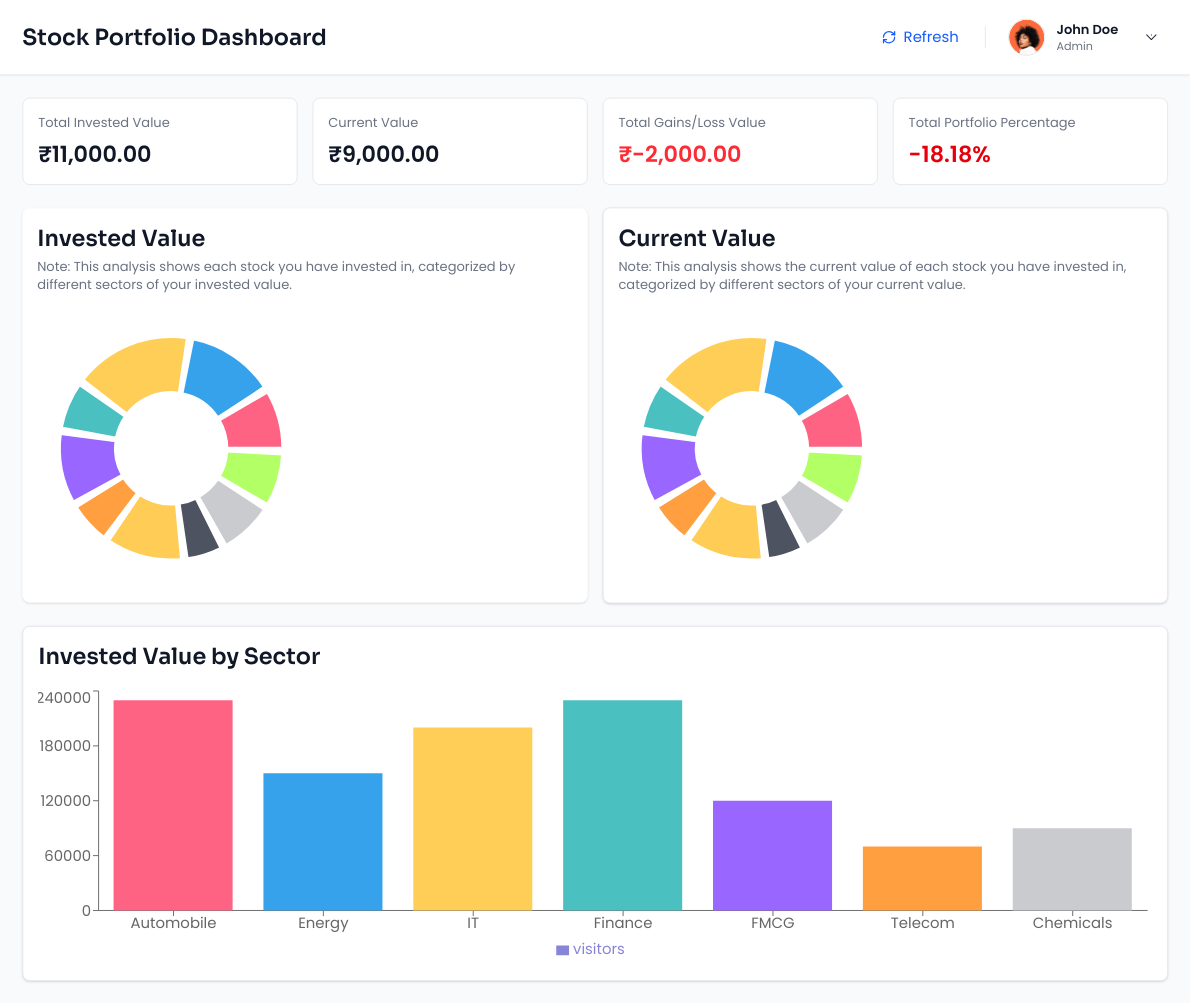
Repository: jabir12-12/inten-project
Page: /
These files come from the project's save history. The page is drawn as it stood at one moment and after the next save; the edit follows.
The browser window is 1280 px wide. The pictures show the whole page, at 93% of full size.
The project was rebuilt for these pictures with package versions that can differ from the ones it lists, and the page was loaded fresh each time. The framework's server and built-in components were replaced by stand-ins that run in the browser. Also part of the build but not shown: next.config.ts.

Above is the page before, as saved 2025-05-17 15:37:58.

After the next save:
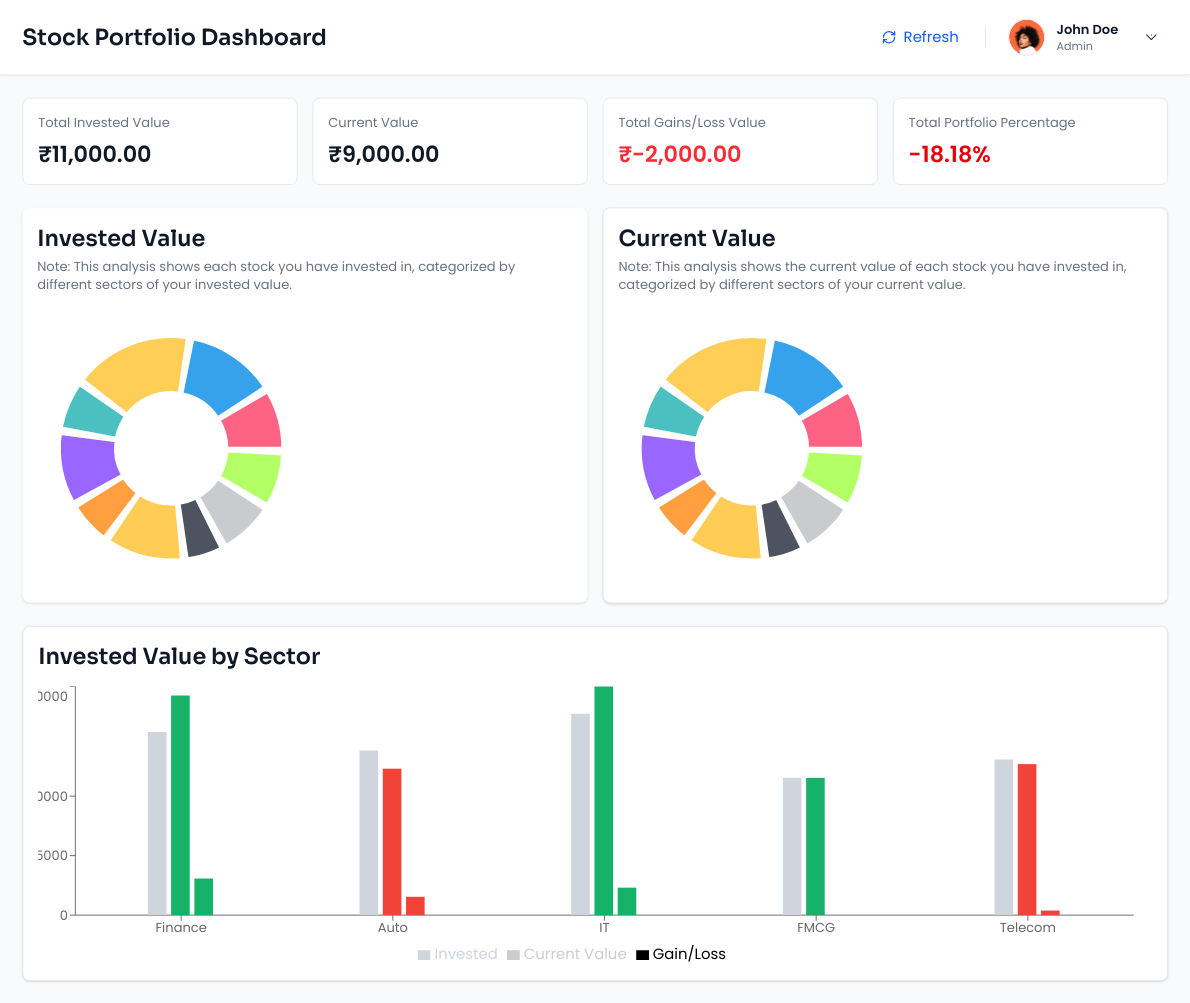
Saved 7 min 50 s later.
--- a/src/pages/index.tsx
+++ b/src/pages/index.tsx
@@ -23,29 +23,7 @@ const Investedvalue = [
   { name: "SBI", sector: "Finance", visitors: 90000, percentage: 9, fill: "#B2FF66" },
 ];
 
-// 1. Group by sector
-const sectorMap = Investedvalue.reduce((acc, curr) => {
-  const { sector, visitors } = curr;
-  if (!acc[sector]) {
-    acc[sector] = { sector, visitors: 0 };
-  }
-  acc[sector].visitors += visitors;
-  return acc;
-}, {} as Record<string, { sector: string; visitors: number }>);
-
-// 2. Total invested value
-const totalInvested1 = Object.values(sectorMap).reduce((sum, item) => sum + item.visitors, 0);
-
-// 3. Add percentage and unique colors
-const colors = [
-  "#FF6384", "#36A2EB", "#FFCE56", "#4BC0C0", "#9966FF", "#FF9F40", "#C9CBCF", "#B2FF66", "#4D5360"
-];
-
-const groupedBySector = Object.values(sectorMap).map((item, index) => ({
-  ...item,
-  percentage: ((item.visitors / totalInvested1) * 100).toFixed(1), // 1 decimal place
-  fill: colors[index % colors.length],
-}));
+
 
 
 // Calculate total invested amount
@@ -110,6 +88,33 @@ export default function Home() {
   const gainLossText = `₹${gainLoss.toLocaleString("en-IN", {
     minimumFractionDigits: 2,
   })}`;
+  const barChartData = [
+    {
+      name: "Finance",
+      invested: 200000,
+      current: 240000, // green
+    },
+    {
+      name: "Auto",
+      invested: 180000,
+      current: 160000, // red
+    },
+    {
+      name: "IT",
+      invested: 220000,
+      current: 250000, // green
+    },
+    {
+      name: "FMCG",
+      invested: 150000,
+      current: 150000, // same (neutral)
+    },
+    {
+      name: "Telecom",
+      invested: 170000,
+      current: 165000, // red
+    },
+  ];
 
 
   return (
@@ -259,21 +264,59 @@ export default function Home() {
         <div className='flex flex-col gap-4 border border-gray-200 rounded-lg p-4 bg-white shadow-sm'>
           <h1 className="text-gray-900 font-semibold text-xl md:text-2xl">Invested Value by Sector</h1>
           <ResponsiveContainer width="100%" height={300}>
-            <BarChart data={groupedBySector}>
-              <XAxis dataKey="sector" />
-              <YAxis />
+            <BarChart
+              data={barChartData}
+              barGap={5}
+              barCategoryGap="30%"
+              margin={{ right: 20, left: -20 }}
+            >
+              <CartesianGrid strokeDasharray="3 3" horizontal={false} vertical={false} />
+              <XAxis
+                dataKey="name"
+                fontFamily="poppins"
+                fontSize={14}
+                fontWeight={400}
+                fill="#667085"
+              />
+              <YAxis
+                domain={[0, 'dataMax']}
+                fontFamily="poppins"
+                fontSize={14}
+                fontWeight={400}
+                fill="#667085"
+              />
               <Tooltip
-                formatter={(value: number, name: string, props: any) =>
-                  [`₹${value.toLocaleString("en-IN")}`, "Investment"]
-                }
-                labelFormatter={(label: string) => `Sector: ${label}`}
+                formatter={(value: number) => `₹${value.toLocaleString("en-IN")}`}
               />
               <Legend />
-              <Bar dataKey="visitors" isAnimationActive fill="#8884d8">
-                {groupedBySector.map((entry, index) => (
-                  <Cell key={`cell-${index}`} fill={entry.fill} />
-                ))}
-              </Bar>
+
+              {/* Invested: Always Gray */}
+              <Bar dataKey="invested" name="Invested" fill="#D0D5DD" barSize={20} />
+
+              {/* Current: Dynamic Color */}
+              <Bar
+                dataKey="current"
+                name="Current Value"
+                barSize={20}
+                fill="#ccc"
+                shape={(props: any) => {
+                  const { x, y, width, height, payload } = props;
+                  const fill = payload.current >= payload.invested ? "#17B26A" : "#F04438";
+                  return <rect x={x} y={y} width={width} height={height} fill={fill} />;
+                }}
+              />
+
+              {/* Gain/Loss: Difference Bar */}
+              <Bar
+                dataKey={(entry) => Math.abs(entry.current - entry.invested)}
+                name="Gain/Loss"
+                barSize={20}
+                shape={(props: any) => {
+                  const { x, y, width, height, payload } = props;
+                  const fill = payload.current >= payload.invested ? "#17B26A" : "#F04438";
+                  return <rect x={x} y={y} width={width} height={height} fill={fill} />;
+                }}
+              />
             </BarChart>
           </ResponsiveContainer>
 
